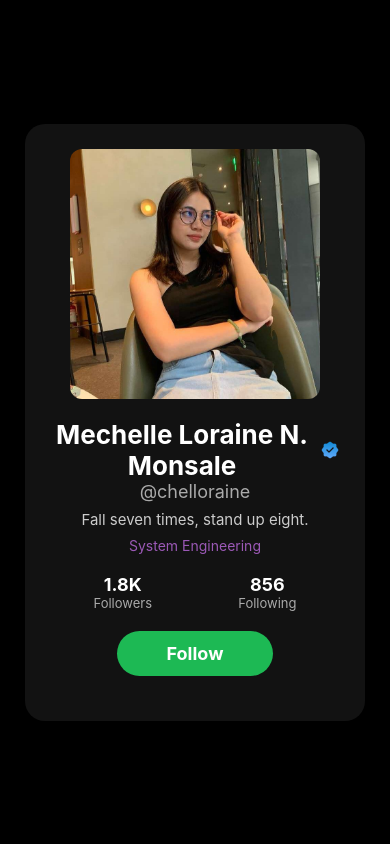
Repository: chelloraine/ProfileCard
Screen: /
The author's editor kept a copy of each file at every save. The screen is drawn from the files as they stood at one save, then again after a run of saves.
The app was drawn by React Native's web renderer in a window 390 px wide. The project was rebuilt for these pictures with package versions that can differ from the ones it lists, and the page was loaded fresh each time.

Above is the screen before, as saved 2025-08-31 23:51:29.

### App.tsx
import React from "react";
import { SafeAreaView, StyleSheet } from "react-native";
import ProfileCard from "./profileCard";

export default function App() {
  return (
    <SafeAreaView style={styles.container}>
      <ProfileCard />
    </SafeAreaView>
  );
}

const styles = StyleSheet.create({
  container: {
    flex: 1,
    backgroundColor: "#000", // dark Spotify vibe
    justifyContent: "center", // center vertically
    alignItems: "center",     // center horizontally
  },
});

### profileCard.js
import React, { useState } from "react";
import { View, Text, StyleSheet, Image, TouchableOpacity } from "react-native";

export default function ProfileCard() {
  const [following, setFollowing] = useState(false);

  const toggleFollow = () => setFollowing(!following);

  return (
    <View style={styles.card}>
      {/* Square profile image */}
      <Image source={require("./assets/profile.jpg")} style={styles.squareImage} />

      {/* Profile Info */}
      <View style={styles.info}>
        <View style={styles.nameRow}>
          <Text style={styles.name}>
            Mechelle Loraine N. Monsale
          </Text>
          <Image source={require("./assets/verified.png")} style={styles.verified} />
        </View>
        <Text style={styles.username}>@chelloraine</Text>
        <Text style={styles.bio}>
          Fall seven times, stand up eight.
        </Text>
        <Text style={styles.course}>System Engineering</Text>
      </View>

      {/* Followers / Following */}
      <View style={styles.stats}>
        <View style={styles.stat}>
          <Text style={styles.statNumber}>1.8K</Text>
          <Text style={styles.statLabel}>Followers</Text>
        </View>
        <View style={styles.stat}>
          <Text style={styles.statNumber}>856</Text>
          <Text style={styles.statLabel}>Following</Text>
        </View>
      </View>

      {/* Follow Button */}
      <TouchableOpacity
        style={[styles.followButton, following && styles.followingButton]}
        onPress={toggleFollow}
      >
        <Text style={styles.followText}>
          {following ? "Following" : "Follow"}
        </Text>
      </TouchableOpacity>
    </View>
  );
}

const styles = StyleSheet.create({
  card: {
    backgroundColor: "#121212",
    borderRadius: 20,
    padding: 25,
    alignItems: "center",
    shadowColor: "#000",
    shadowOpacity: 0.5,
    shadowRadius: 12,
    shadowOffset: { width: 0, height: 6 },
    width: 340,
    alignSelf: "center",
  },
  squareImage: {
    width: 250,
    height: 250,
    borderRadius: 12,
    marginBottom: 20,
  },
  info: {
    alignItems: "center",
    marginBottom: 20,
    width: "100%",
  },
  nameRow: {
    flexDirection: "row",
    alignItems: "center",
    justifyContent: "center",
  },
  name: { fontSize: 26, fontWeight: "bold", color: "#fff", textAlign: "center" },
  verified: { width: 20, height: 20, marginLeft: 6 },
  username: { fontSize: 18, color: "#aaa", marginBottom: 8 },
  bio: { fontSize: 15, color: "#ccc", textAlign: "center", paddingHorizontal: 15, marginBottom: 6 },
  course: { fontSize: 14, color: "#9b59b6", textAlign: "center", marginTop: 2 },
  stats: { flexDirection: "row", justifyContent: "space-between", width: "70%", marginBottom: 20 },
  stat: { alignItems: "center" },
  statNumber: { fontSize: 18, fontWeight: "bold", color: "#fff" },
  statLabel: { fontSize: 13, color: "#aaa" },
  followButton: { backgroundColor: "#1DB954", paddingVertical: 12, paddingHorizontal: 50, borderRadius: 25, marginBottom: 20 },
  followingButton: { backgroundColor: "#555" },
  followText: { color: "#fff", fontSize: 18, fontWeight: "bold" },
});

After the next 2 saves:
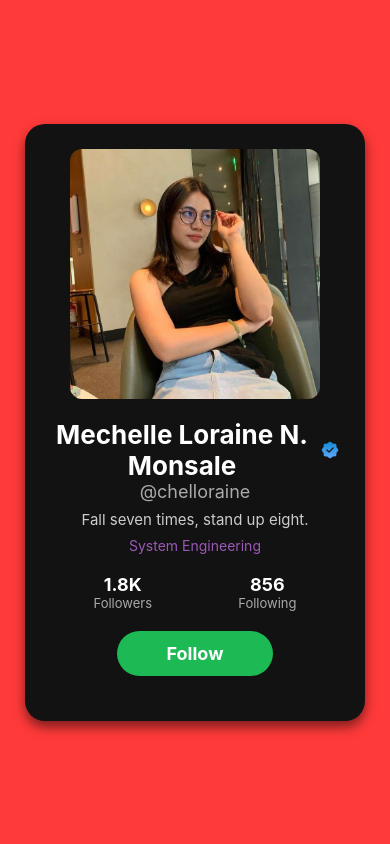
The 2 saves are shown as one change because they came seconds apart.
The last was saved 15 s later.
--- a/App.tsx
+++ b/App.tsx
@@ -13,7 +13,7 @@ export default function App() {
 const styles = StyleSheet.create({
   container: {
     flex: 1,
-    backgroundColor: "#000", // dark Spotify vibe
+    backgroundColor: "#ff3a3aff", // dark Spotify vibe
     justifyContent: "center", // center vertically
     alignItems: "center",     // center horizontally
   },
